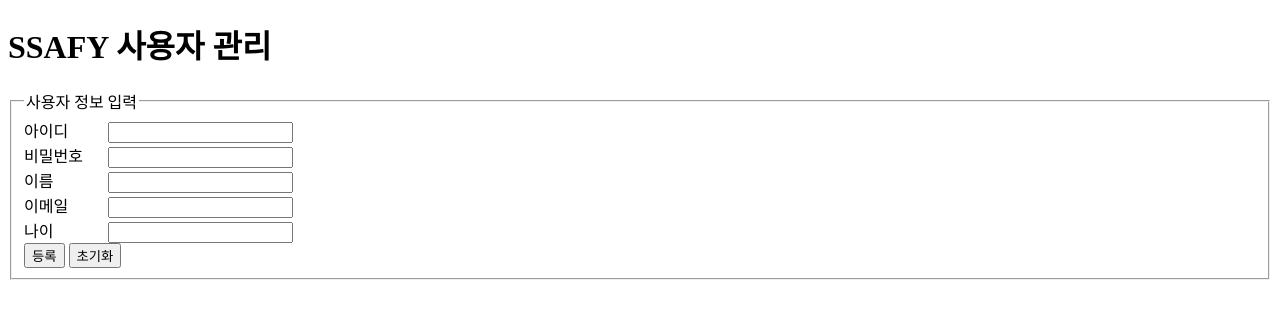
Repository: rltn2121/ssafy_7th
Page: http://localhost/BoardWebAjaxJson/jsp/register.jsp
These files come from the project's save history. The page is drawn as it stood at one moment and after the next save; the edit follows.
The browser window is 1280 px wide. The pictures show the whole page.
The page is served by Tomcat 9. Other server files are loaded and not shown.

Above is the page before, as saved 2022-03-23 12:16:45.

### BoardWebAjaxJson/WebContent/jsp/register.jsp
<%@ page language="java" contentType="text/html; charset=UTF-8"
    pageEncoding="UTF-8"%>
<!DOCTYPE html>
<html>
<head>
<meta charset="UTF-8">
<title>사용자정보사이트</title>
<style>
	label {
		display: inline-block;
		width: 80px;
	}
</style>
</head>
<body>
	<h1>SSAFY 사용자 관리</h1>
	<form method="post" action="main">
		<fieldset>
		<legend>사용자 정보 입력</legend>
		<!-- front-controller pattern에서 요청을 구분하기 위한 parameter -->
		<input type="hidden" name="action" value="regist">
		<label for="id">아이디</label>
		<input type="text" id="id" name="id"><br>
		<label for="password">비밀번호</label>
		<input type="password" id="password" name="password"><br>
		<label for="name">이름</label>
		<input type="text" id="name" name="name"><br>
		<label for="email">이메일</label>
		<input type="email" id="email" name="email"><br>
		<label for="age">나이</label>
		<input type="number" id="age" name="age"><br>
		<input type="submit" value="등록">
		<input type="reset" value="초기화">
		</fieldset>
	</form>
</body>
</html>

After the next save:
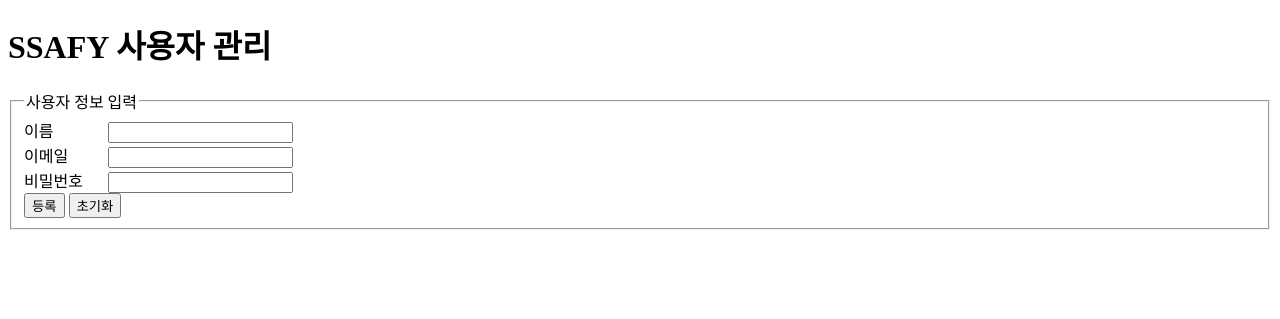
Saved 90 s later.
--- a/BoardWebAjaxJson/WebContent/jsp/register.jsp
+++ b/BoardWebAjaxJson/WebContent/jsp/register.jsp
@@ -19,16 +19,12 @@
 		<legend>사용자 정보 입력</legend>
 		<!-- front-controller pattern에서 요청을 구분하기 위한 parameter -->
 		<input type="hidden" name="action" value="regist">
-		<label for="id">아이디</label>
-		<input type="text" id="id" name="id"><br>
-		<label for="password">비밀번호</label>
-		<input type="password" id="password" name="password"><br>
-		<label for="name">이름</label>
-		<input type="text" id="name" name="name"><br>
-		<label for="email">이메일</label>
-		<input type="email" id="email" name="email"><br>
-		<label for="age">나이</label>
-		<input type="number" id="age" name="age"><br>
+		<label for="userName">이름</label>
+		<input type="text" id="userName" name="userName"><br>
+		<label for="userEmail">이메일</label>
+		<input type="email" id="userEmail" name="userEmail"><br>
+		<label for="userPassword">비밀번호</label>
+		<input type="password" id="userPassword" name="userPassword"><br>
 		<input type="submit" value="등록">
 		<input type="reset" value="초기화">
 		</fieldset>
